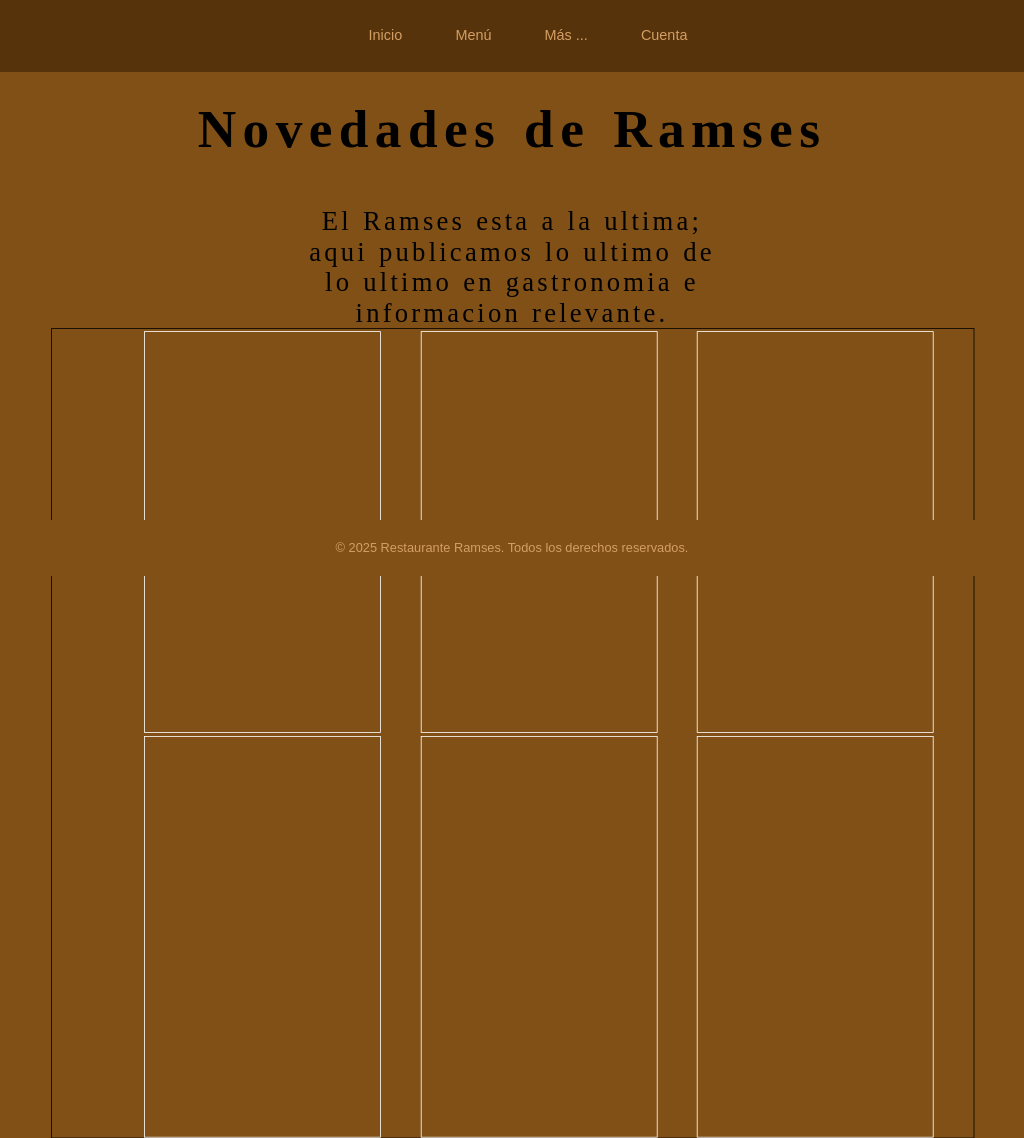
Repository: demoniers/demonIers.github.io
Page: web-lenguajes/src/noticias.html
The author's editor kept a copy of each file at every save. The page is drawn from the files as they stood at one save, then again after the next save.
The browser window is 1280 px wide. The pictures show the whole page, at 80% of full size.
Some web fonts or font styles are not loaded; a fallback is used.

Above is the page before, as saved 2025-01-22 12:23:45.

After the next save:
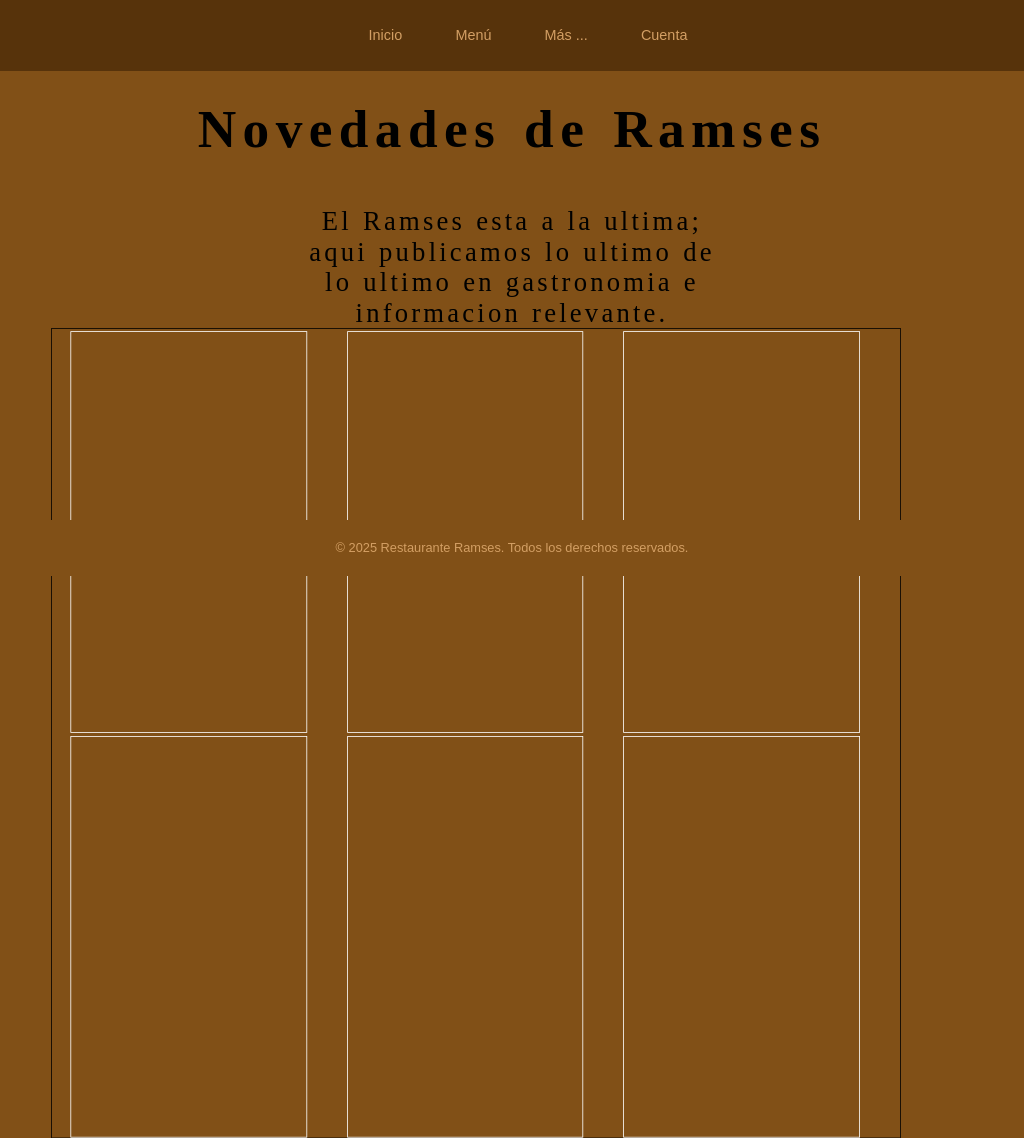
Saved 6 s later.
--- a/web-lenguajes/style/noticias.css
+++ b/web-lenguajes/style/noticias.css
@@ -102,7 +102,7 @@ nav ul li:hover ul {
     display: grid;
     grid-template-columns: 3fr 3fr 3fr;
     width: 90%;
-    padding-left: 10%;
+    padding-left: 2%;
     border: solid 1px;
 }
 .noticia1 {
